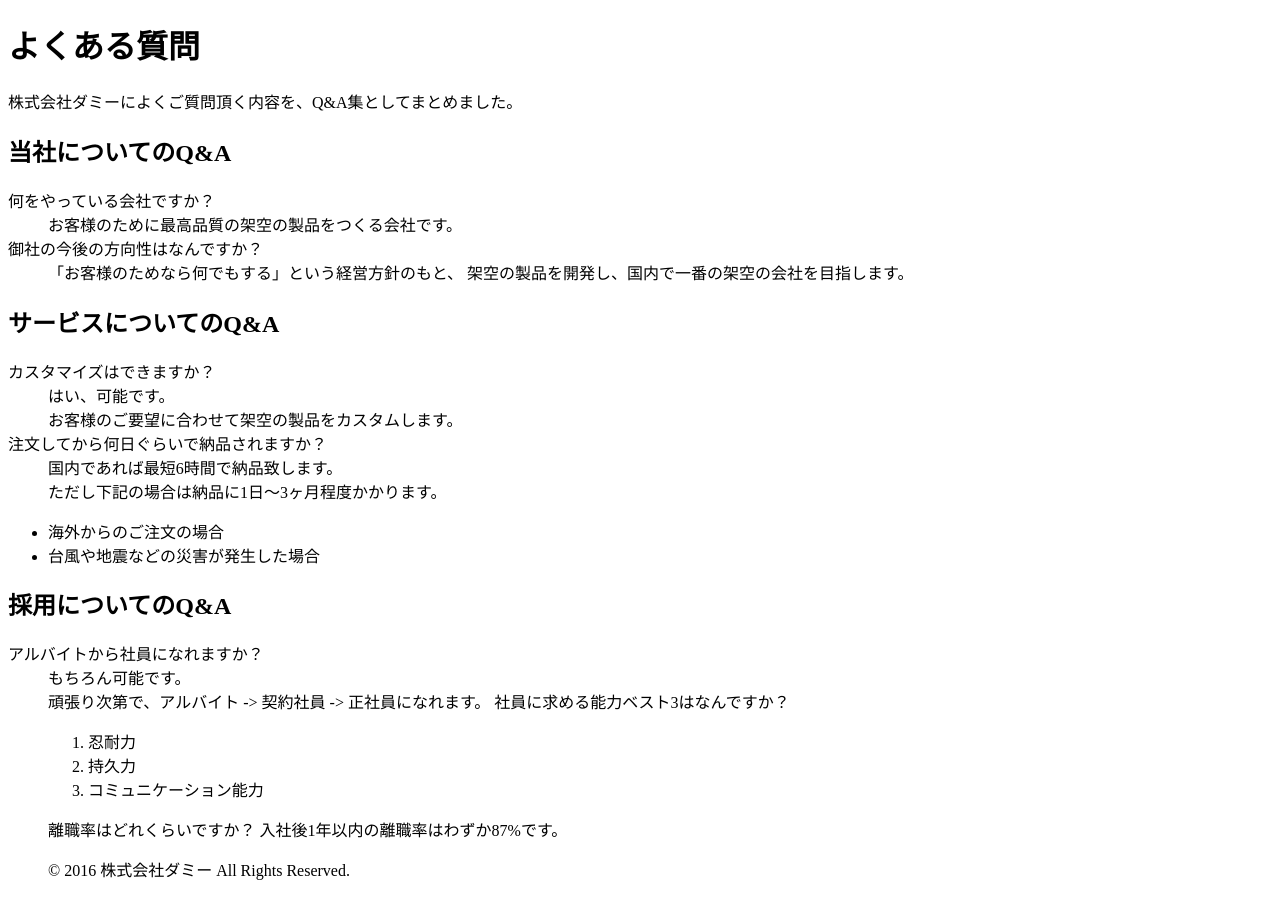
Repository: winc1980/practice-hp2022-wednesday
Page: ruka/practice1.html
The author's editor kept a copy of each file at every save. The page is drawn from the files as they stood at one save, then again after the next save.
The browser window is 1280 px wide. The pictures show the whole page.

Above is the page before, as saved 2022-05-26 00:44:53.

### ruka/practice1.html
<!DOCTYPE html>
<html lang="ja">
<head>
    <meta charset="UTF-8">
    <meta http-equiv="X-UA-Compatible" content="IE=edge">
    <meta name="viewport" content="width=device-width, initial-scale=1.0">
    <title>よくある質問 | 架空の株式会社ダミー</title>
</head>
<body>
    <h1>よくある質問</h1>

<p>
株式会社ダミーによくご質問頂く内容を、Q&A集としてまとめました。
</p>

<h2>当社についてのQ&A</h2>


何をやっている会社ですか？
<dd>
お客様のために最高品質の架空の製品をつくる会社です。
</dd>

御社の今後の方向性はなんですか？
<dd>
「<l>お客様のためなら何でもする</l>」という経営方針のもと、
架空の製品を開発し、<span>国内で一番の架空の会社を目指します。</span>
</dd>


<h2>サービスについてのQ&A</h2>

カスタマイズはできますか？
<dd>
はい、可能です。<br>
お客様のご要望に合わせて架空の製品をカスタムします。
</dd>

注文してから何日ぐらいで納品されますか？
<dd>
国内であれば最短6時間で納品致します。<br>
ただし下記の場合は納品に1日〜3ヶ月程度かかります。
</dd>
<ul>
<li>
海外からのご注文の場合
</li>
<li>
台風や地震などの災害が発生した場合
</li>
</ul>
<h2>採用についてのQ&A</h2>

アルバイトから社員になれますか？
<dd>
もちろん可能です。<br>
頑張り次第で、アルバイト -> 契約社員 -> 正社員になれます。

社員に求める能力ベスト3はなんですか？
<ol>
<li>忍耐力</li>
<li>持久力</li>
<li>コミュニケーション能力</li>
</ol>



離職率はどれくらいですか？
入社後1年以内の離職率は<span>わずか</span>87%です。
<p>
© 2016 株式会社ダミー All Rights Reserved.
</p>
</body>
</html>

After the next save:
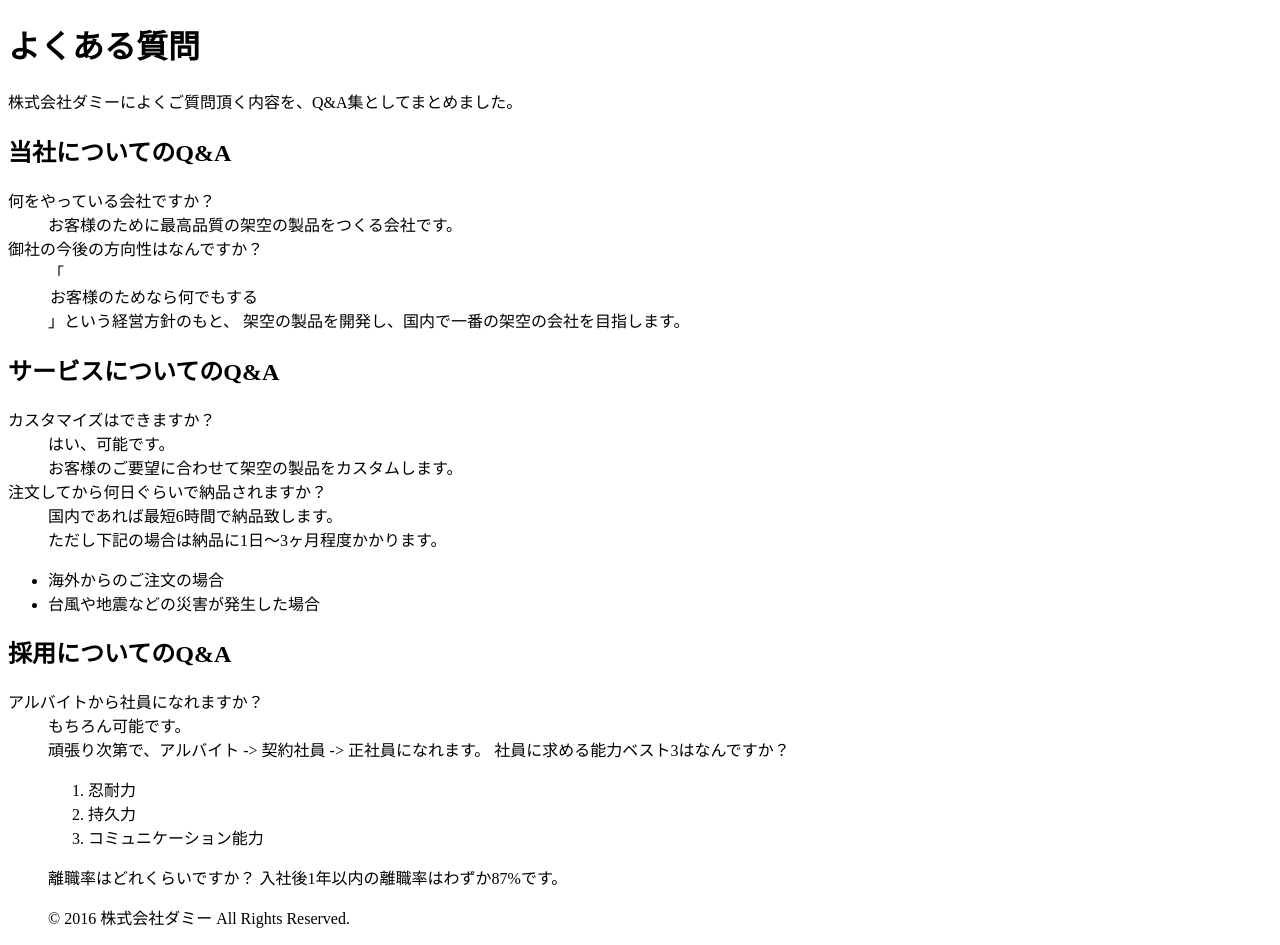
Saved 7 s later.
--- a/ruka/practice1.html
+++ b/ruka/practice1.html
@@ -23,7 +23,7 @@
 
 御社の今後の方向性はなんですか？
 <dd>
-「<l>お客様のためなら何でもする</l>」という経営方針のもと、
+「<legend>お客様のためなら何でもする</legend>」という経営方針のもと、
 架空の製品を開発し、<span>国内で一番の架空の会社を目指します。</span>
 </dd>
 

After the 2 saves that followed:
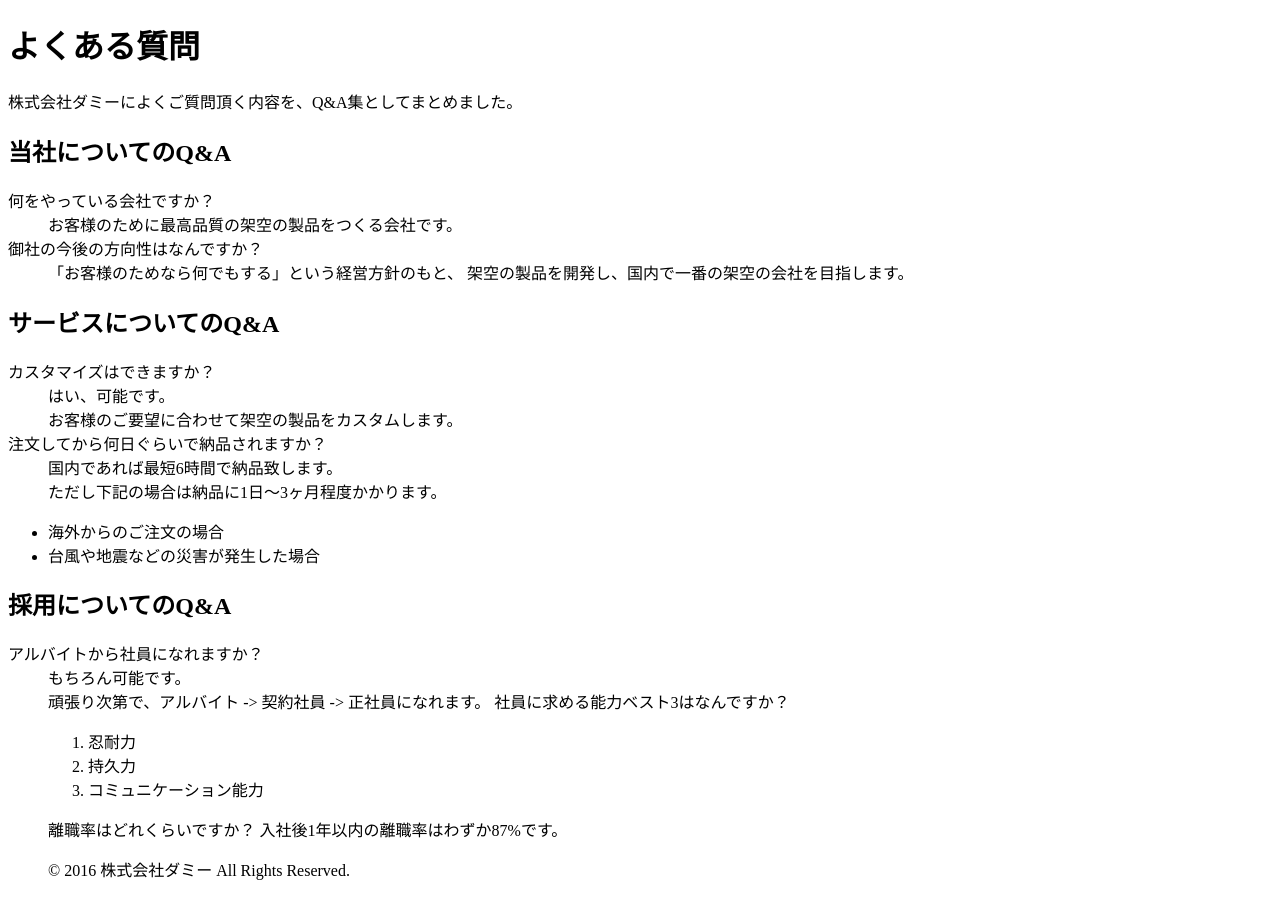
The 2 saves are shown as one change because they came seconds apart.
The last was saved 11 s later.
--- a/ruka/practice1.html
+++ b/ruka/practice1.html
@@ -23,7 +23,7 @@
 
 御社の今後の方向性はなんですか？
 <dd>
-「<legend>お客様のためなら何でもする</legend>」という経営方針のもと、
+「<wbr>お客様のためなら何でもする</wbr>」という経営方針のもと、
 架空の製品を開発し、<span>国内で一番の架空の会社を目指します。</span>
 </dd>
 
